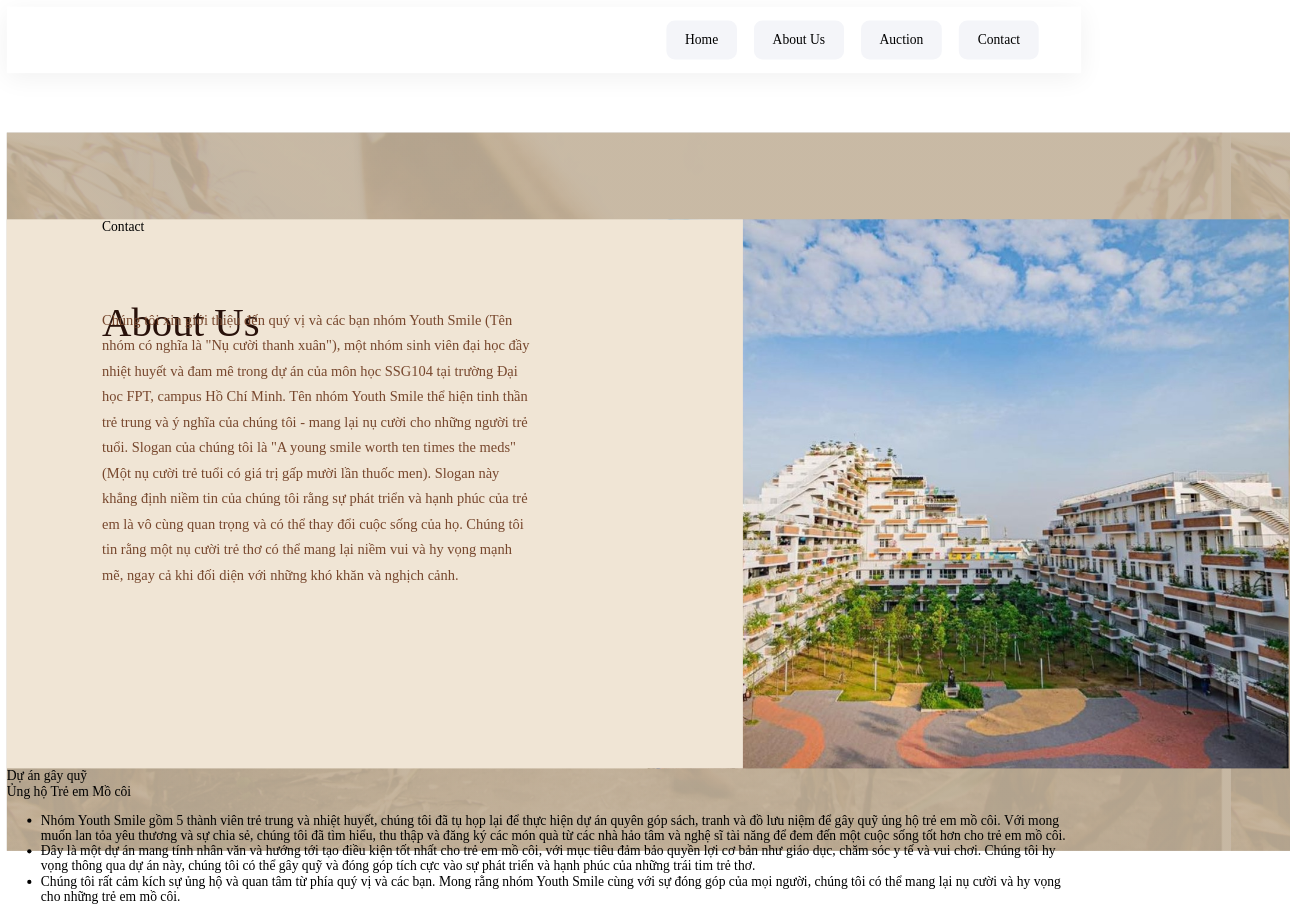
Repository: anatole24/Youth-Smile
Page: about.html
These files come from the project's save history. The page is drawn as it stood at one moment and after the next save; the edit follows.
The browser window is 1280 px wide. The page is 1518 px wide, so the pictures cover 1518 px, including what lies to the right of the window. The pictures show the whole page, at 85% of full size.
Some web fonts or font styles are not loaded; a fallback is used.

Above is the page before, as saved 2023-06-29 14:42:20.

### about.html
<!DOCTYPE html>
<head>
  <meta charset="UTF-8">
  <meta http-equiv="X-UA-Compatible" content="IE=edge">
  <meta name="viewport" content="width=device-width, initial-scale=1.0">
  <link rel="stylesheet" href="https://cdnjs.cloudflare.com/ajax/libs/font-awesome/6.4.0/css/all.min.css" integrity="sha512-iecdLmaskl7CVkqkXNQ/ZH/XLlvWZOJyj7Yy7tcenmpD1ypASozpmT/E0iPtmFIB46ZmdtAc9eNBvH0H/ZpiBw==" crossorigin="anonymous" referrerpolicy="no-referrer">
  <link rel="preconnect" href="https://fonts.googleapis.com">
  <link rel="preconnect" href="https://fonts.gstatic.com" crossorigin="">
  <link href="https://fonts.googleapis.com/css2?family=Dancing+Script&amp;family=Geologica&amp;family=Kaushan+Script&amp;family=Lobster&amp;family=Marck+Script&amp;family=Merienda&amp;family=Patrick+Hand&amp;family=Patrick+Hand+SC&amp;family=Playball&amp;family=Roboto&amp;family=Roboto+Condensed&amp;display=swap" rel="stylesheet">
  <link rel="stylesheet" href="header.css">
  <link rel="stylesheet" href="about.css">
  <title>About Us</title>
  <body>
    <div class="header">
      <div class="header_container">
        <div class="header_list"><a class="header_item" href="./index.html">Home</a><a class="header_item" href="./about.html">About Us</a><a class="header_item" href="./auction.html">Auction</a><a class="header_item" href="./contact.html">Contact</a></div>
      </div>
    </div>
    <section class="about">
      <div class="about-top">
        <div class="top-img"></div>
        <div class="top-left">
          <div class="left-title">About Us</div>
          <div class="left-content">Chúng tôi xin giới thiệu đến quý vị và các bạn nhóm Youth Smile (Tên nhóm có nghĩa là "Nụ cười thanh xuân"), một nhóm sinh viên đại học đầy nhiệt huyết và đam mê trong dự án của môn học SSG104 tại trường Đại học FPT, campus Hồ Chí Minh. Tên nhóm Youth Smile thể hiện tinh thần trẻ trung và ý nghĩa của chúng tôi - mang lại nụ cười cho những người trẻ tuổi. Slogan của chúng tôi là "A young smile worth ten times the meds" (Một nụ cười trẻ tuổi có giá trị gấp mười lần thuốc men). Slogan này khẳng định niềm tin của chúng tôi rằng sự phát triển và hạnh phúc của trẻ em là vô cùng quan trọng và có thể thay đổi cuộc sống của họ. Chúng tôi tin rằng một nụ cười trẻ thơ có thể mang lại niềm vui và hy vọng mạnh mẽ, ngay cả khi đối diện với những khó khăn và nghịch cảnh.</div><a class="left-button" href="./contact.html">Contact</a>
        </div>
        <div class="top-right"></div>
        <div class="top-image"></div>
      </div>
      <div class="about-center">
        <div class="center-img"></div>
        <div class="center-left"> </div>
        <div class="center-right">
          <div class="right-title">Dự án gây quỹ </div>
          <div class="right-title2">Ủng hộ Trẻ em Mồ côi</div>
          <div class="right-content">
            <ul>
              <li>Nhóm Youth Smile gồm 5 thành viên trẻ trung và nhiệt huyết, chúng tôi đã tụ họp lại để thực hiện dự án quyên góp sách, tranh và đồ lưu niệm để gây quỹ ủng hộ trẻ em mồ côi. Với mong muốn lan tỏa yêu thương và sự chia sẻ, chúng tôi đã tìm hiểu, thu thập và đăng ký các món quà từ các nhà hảo tâm và nghệ sĩ tài năng để đem đến một cuộc sống tốt hơn cho trẻ em mồ côi.</li>
              <li>Đây là một dự án mang tính nhân văn và hướng tới tạo điều kiện tốt nhất cho trẻ em mồ côi, với mục tiêu đảm bảo quyền lợi cơ bản như giáo dục, chăm sóc y tế và vui chơi. Chúng tôi hy vọng thông qua dự án này, chúng tôi có thể gây quỹ và đóng góp tích cực vào sự phát triển và hạnh phúc của những trái tim trẻ thơ.</li>
              <li>Chúng tôi rất cảm kích sự ủng hộ và quan tâm từ phía quý vị và các bạn. Mong rằng nhóm Youth Smile cùng với sự đóng góp của mọi người, chúng tôi có thể mang lại nụ cười và hy vọng cho những trẻ em mồ côi.</li>
            </ul>
          </div>
        </div>
      </div>
    </section>
  </body>
</head>

### header.css
:root {
  --primary-color: #c08d18bb;
}
body {
  overflow-x: hidden;
}
a {
  text-decoration: none;
  color: inherit;
}
button {
  cursor: pointer;
  outline: none;
  font: inherit;
  background-color: transparent;
  border: none;
}

.header {
  background-color: white;
  padding: 16px 0;
  box-shadow: 0px 6px 30px 0px rgba(15, 15, 15, 0.06);
  margin-bottom: 70px;
}
.header_container {
  margin: 0 auto;
}
.header_list {
  margin-right: 50px;
  display: flex;
  align-items: center;
  justify-content: flex-end;
  gap: 20px;
  flex-direction: row;
  flex-wrap: nowrap;
}
.header_item {
  padding: 14px 22px;
  border-radius: 10px;
  background-color: #f4f5f9;
  display: block;
  transition: background-color 0.2s linear, color 0.25s ease-in;
}
.header_item:hover {
  background-color: #c08d18bb;
  color: white;
}

### about.css
:root {
  --primary-color: #77472d;
  --second-color: #f0e5d5;
}
.top-img {
  width: 1510px;
  height: 845px;
  flex-shrink: 0;
  background: linear-gradient(
      0deg,
      rgba(234, 232, 218, 0.01) 0%,
      rgba(234, 232, 218, 0.01) 100%
    ),
    url("./images/a-back.png"), lightgray 50% / cover no-repeat;
}
.top-left {
  width: 754px;
  height: 646px;
  margin-top: -743px;
  flex-shrink: 0;
  background: #f0e5d5;
  padding-left: 112px;
  position: relative;
}
.left-title {
  position: absolute;
  top: 93px;
  width: 200px;
  height: 79.946px;
  color: #28110a;
  font-size: 48px;
  font-style: normal;
  font-weight: 400;
  line-height: normal;
}
.left-content {
  display: flex;
  position: absolute;
  top: 180px;
  width: 509px;
  height: 178px;
  flex-direction: column;
  justify-content: center;
  flex-shrink: 0;
  color: var(--primary-color);
  font-size: 17px;
  font-style: normal;
  font-weight: 400;
  line-height: 30px;
}
.top-right {
  width: 754px;
  height: 646px;
  margin-top: -646px;
  margin-left: 754px;
  flex-shrink: 0;
  background: url("./images/fpt-campus.jpg") no-repeat center right/ cover;
  object-position: bottom;
}

After the next save:
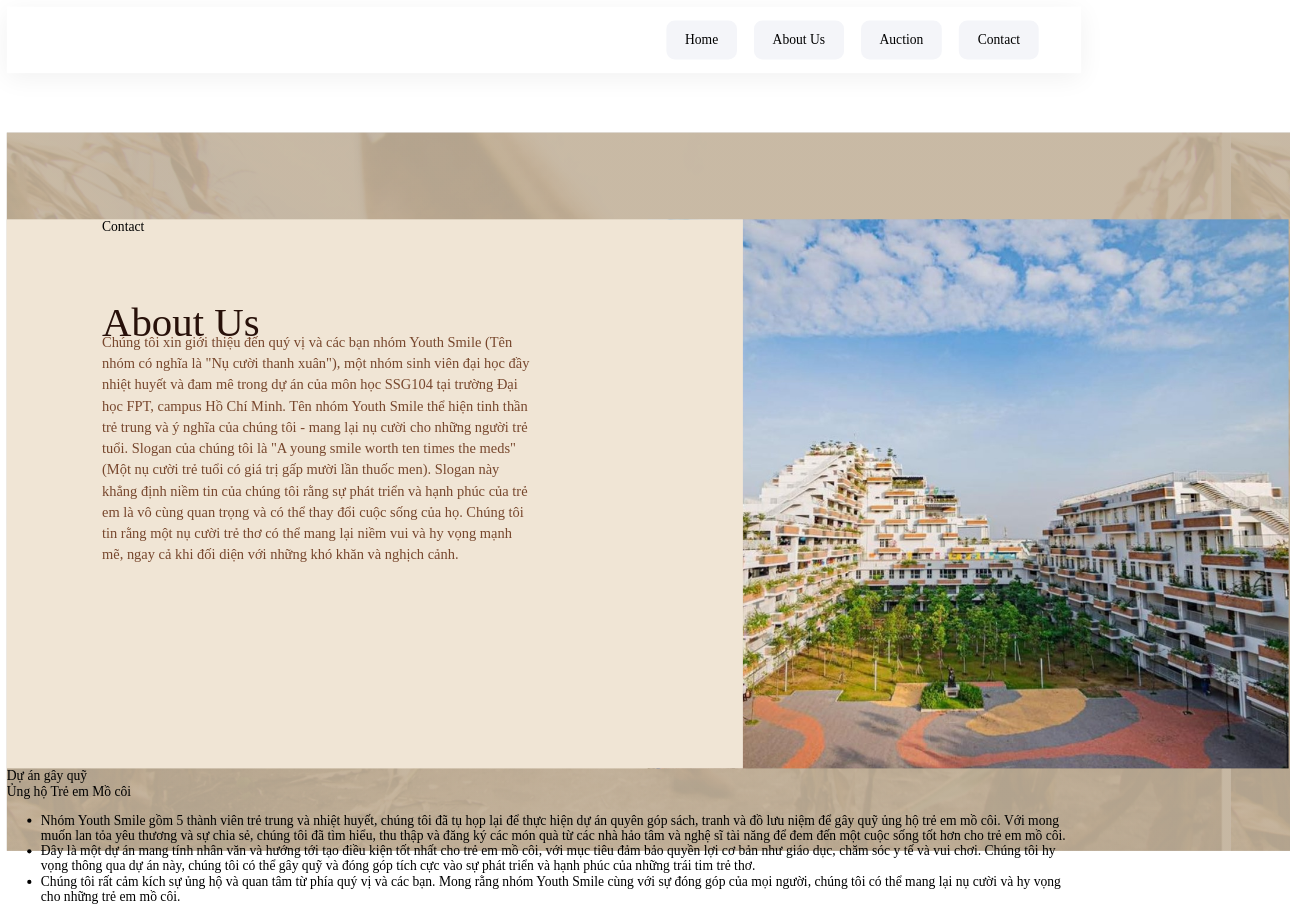
Saved 4 s later.
--- a/about.css
+++ b/about.css
@@ -46,7 +46,7 @@
   font-size: 17px;
   font-style: normal;
   font-weight: 400;
-  line-height: 30px;
+  line-height: 25px;
 }
 .top-right {
   width: 754px;
